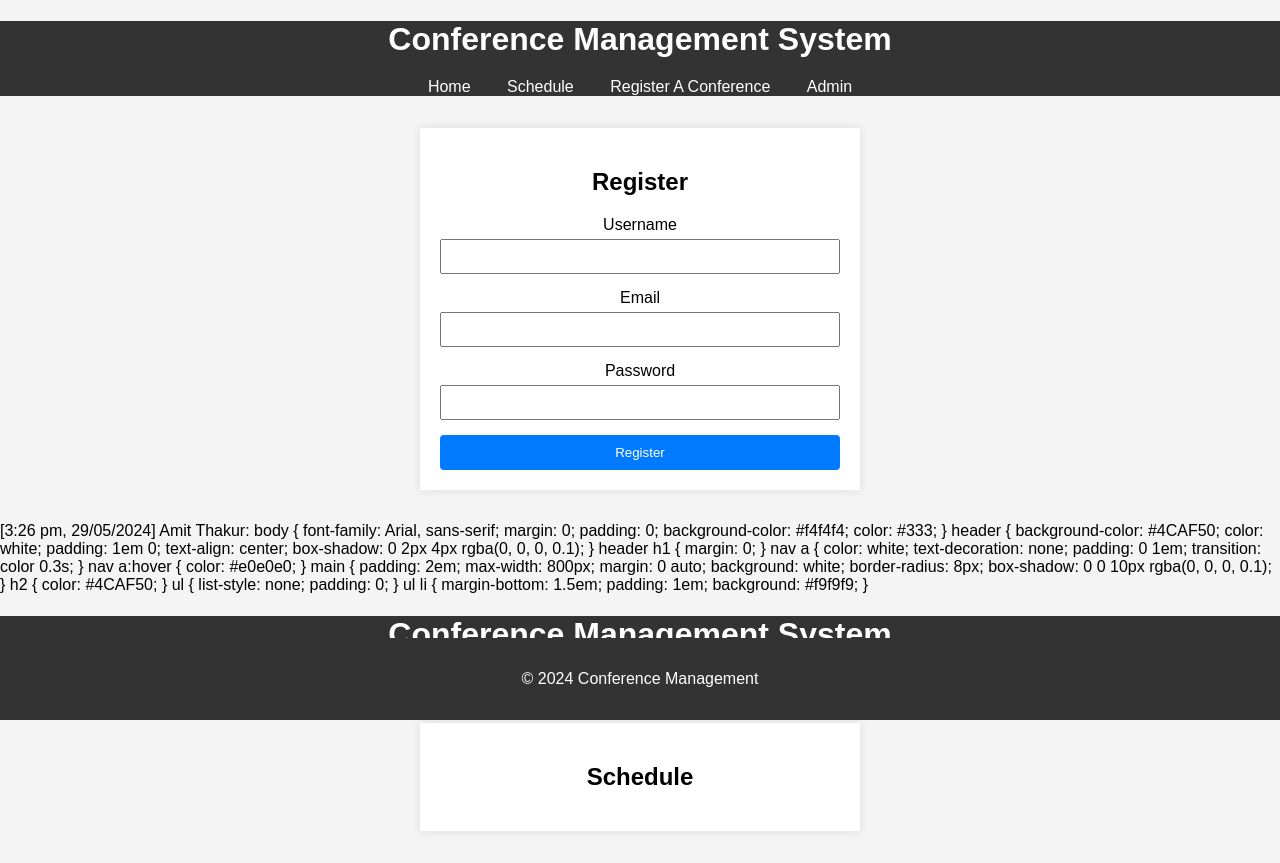
Repository: AMIT1439027/conferenceapp
Page: http://localhost/user_register.php
The author's editor kept a copy of each file at every save. The page is drawn from the files as they stood at one save, then again after the next save.
The browser window is 1280 px wide. The pictures show the whole page.
The page is run by PHP 8.4 with error messages shown; the project is at /var/www/html/. Queries for data that is not in the repository find no rows.

Above is the page before, as saved 2024-05-29 15:27:37.

After the next save:
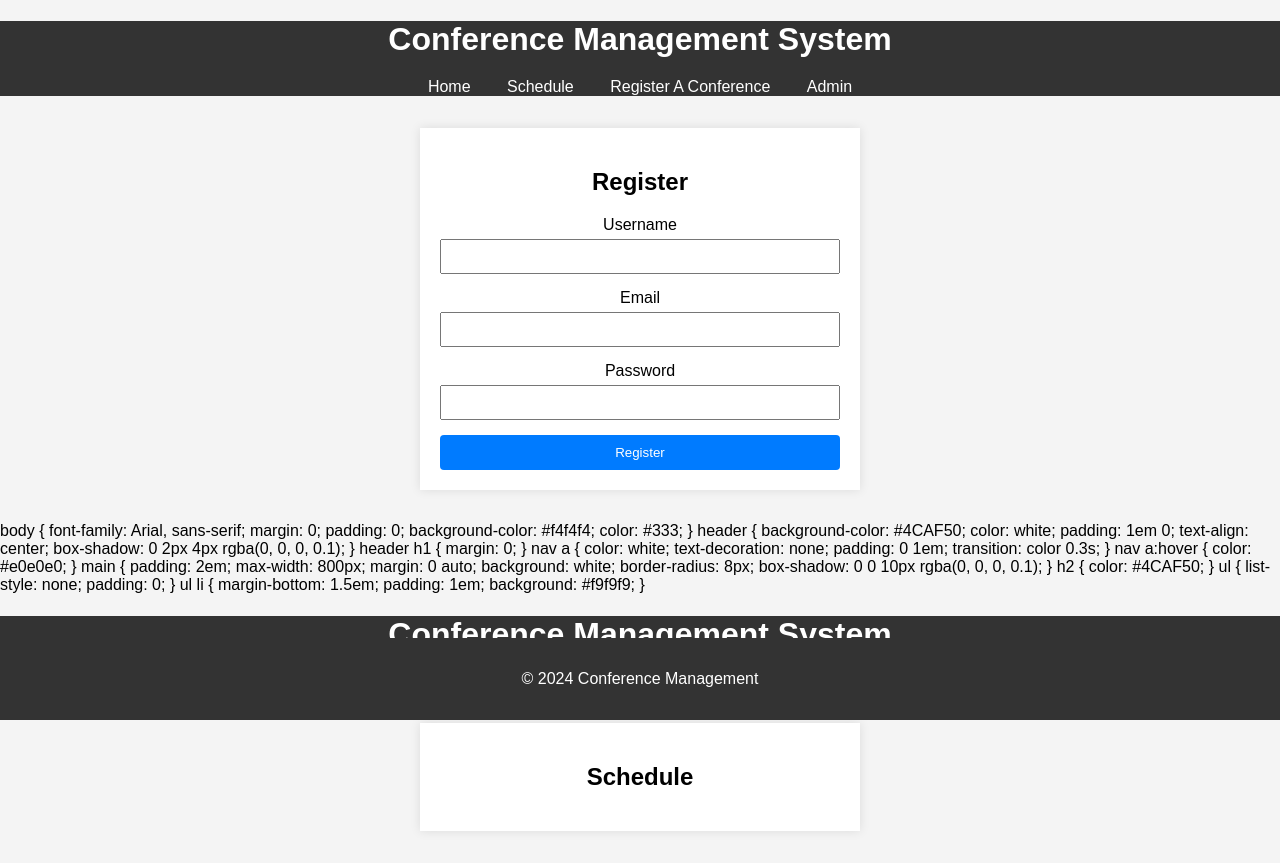
Saved 8 s later.
--- a/user_register.php
+++ b/user_register.php
@@ -61,7 +61,7 @@ if ($_SERVER['REQUEST_METHOD'] == 'POST') {
 </html>
 
 
-[3:26 pm, 29/05/2024] Amit Thakur: body {
+body {
     font-family: Arial, sans-serif;
     margin: 0;
     padding: 0;
